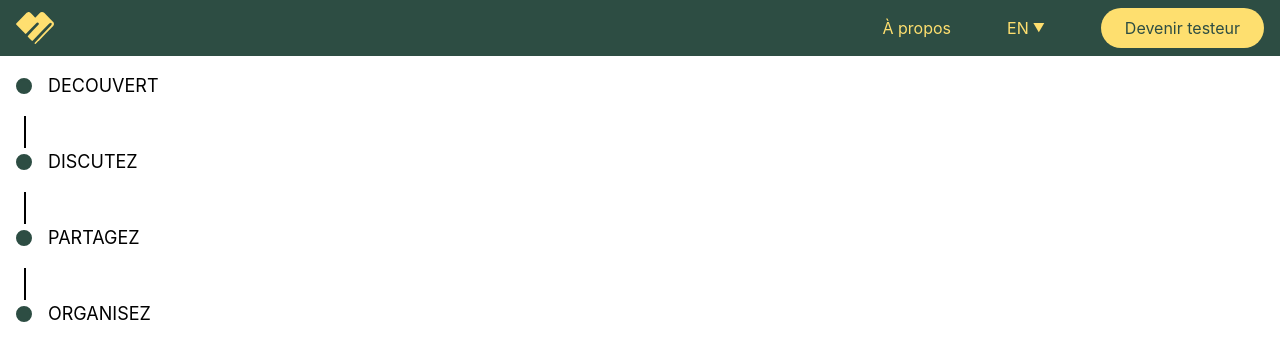
Repository: enas-elm/bookish-landing
Page: /
The author's editor kept a copy of each file at every save. The page is drawn from the files as they stood at one save, then again after a run of saves.
The browser window is 1280 px wide. The pictures show the whole page.
The project was rebuilt for these pictures with package versions that can differ from the ones it lists, and the page was loaded fresh each time.

Above is the page before, as saved 2024-09-11 15:57:15.

### src/index.css
@tailwind base;
@tailwind components;
@tailwind utilities;

body {
  margin: 0;
  font-family: -apple-system, BlinkMacSystemFont, 'Segoe UI', 'Roboto', 'Oxygen',
    'Ubuntu', 'Cantarell', 'Fira Sans', 'Droid Sans', 'Helvetica Neue',
    sans-serif;
  -webkit-font-smoothing: antialiased;
  -moz-osx-font-smoothing: grayscale;
}

code {
  font-family: source-code-pro, Menlo, Monaco, Consolas, 'Courier New',
    monospace;
}

@layer base {
  @font-face {
      font-family: 'DM Sans Italic';
      src: url('../public/font/DMSans-VariableFont_opsz,wght.ttf') format('truetype');
      font-weight: 100 900;
       font-style: italic;
  }
  @font-face {
        font-family: "Passion One";
        src: url('../public/font/PassionOne-Regular.ttf') format('truetype');
        font-weight: normal;
        font-style: normal;
    }
    @font-face {
            font-family: "DM Display";
            src: url('../public/font/DMSerifDisplay-Regular.ttf') format('truetype');
            font-weight: normal;
            font-style: normal;
        }
    @font-face {
                font-family: "Inter";
                src: url('../public/font/Inter-VariableFont_opsz,wght.ttf') format('truetype');
                font-weight: 700;
            }
}

### src/App.js
import logo from "./logo.svg";
import "./App.css";
import Navbar from "./components/Navbar";
import "./index.css";
import TimeLine from "./components/TimeLine";

function App() {
  return (
    <div className="App">
      <header className="header">
        <Navbar />
      </header>
      <TimeLine />
    </div>
  );
}

export default App;

### src/components/Navbar.js
import React, { useState, useRef, useEffect } from 'react'

const Navbar = () => {
  const [language, setLanguage] = useState('EN')
  const [dropdownOpen, setDropdownOpen] = useState(false)
  const dropdownRef = useRef(null)

  const toggleDropdown = () => {
    setDropdownOpen(!dropdownOpen)
  };

  const selectLanguage = (lang) => {
    setLanguage(lang)
    setDropdownOpen(false)
  };

  useEffect(() => {
    const handleClickOutside = (event) => {
      if (dropdownRef.current && !dropdownRef.current.contains(event.target)) {
        setDropdownOpen(false)
      }
    };
    document.addEventListener('mousedown', handleClickOutside)
    return () => {
      document.removeEventListener('mousedown', handleClickOutside)
    };
  }, [])

  return (
    <nav className="w-full bg-green px-4 py-2 flex justify-between items-center">
      <div className="flex-shrink-0">
        <img src="/Vector-jaune.svg" alt="Bookish" className="h-8" />
      </div>

      <div className="flex items-center gap-5 justify-end space-x-6">
        <a href="/about" className="hover:underline text-yellow">
          À propos
        </a>
        <div className="relative" ref={dropdownRef}>
          <button
            className="bg-transparent text-yellow px-3 py-1 focus:outline-none flex items-center gap-1"
            onClick={toggleDropdown}
          >
            {language} <span className="text-xs">▼</span>
          </button>

          {dropdownOpen && (
            <div className="absolute right-0 mt-2 py-2 w-32 bg-white text-black rounded-md shadow-lg z-10">
              <button
                className={`block w-full text-left px-4 py-2 hover:bg-gris ${language === 'EN' ? 'bg-gris' : ''}`}
                onClick={() => selectLanguage('EN')}
              >
                EN
              </button>
              <button
                className={`block w-full text-left px-4 py-2 hover:bg-gris ${language === 'FR' ? 'bg-gris' : ''}`}
                onClick={() => selectLanguage('FR')}
              >
                FR
              </button>
            </div>
          )}
        </div>

        <button className="bg-yellow text-green px-6 py-2 rounded-full hover:bg-yellow-500 hover:scale-105 hover:shadow-lg transition transform duration-300 ease-in-out">
          Devenir testeur
        </button>
      </div>
    </nav>
  )
}

export default Navbar

### src/components/TimeLine.js
import React, { useState } from "react";

const menuItems = [
  { id: 1, label: "DECOUVERT" },
  { id: 2, label: "DISCUTEZ" },
  { id: 3, label: "PARTAGEZ" },
  { id: 4, label: "ORGANISEZ" },
];

function TimelineMenu() {
  const [selectedItem, setSelectedItem] = useState(null);

  const handleClick = (id) => {
    setSelectedItem(id);
  };

  return (
    <div className="flex flex-col items-start p-4">
      {menuItems.map((item, index) => (
        <div key={item.id} className="flex flex-col items-start">
          {/* Timeline Item */}
          <div
            onClick={() => handleClick(item.id)}
            className={`flex items-center cursor-pointer transition-colors mb-4 ${
              selectedItem === item.id ? "text-green text-5xl" : "text-gray-700"
            }`}
          >
            <div
              className={`w-4 h-4 rounded-full bg-green border-green border-2 mr-4 transition-colors ${
                selectedItem === item.id
                  ? "border-blue-500 bg-blue-500"
                  : "border-gray-400 w-4 h-4"
              }`}
            ></div>
            <span className="text-lg">{item.label}</span>
          </div>
          {/* Vertical Line */}
          {index < menuItems.length - 1 && (
            <div
              className={`h-8 border-l-2 ml-2 transition-colors ${
                selectedItem === item.id ? "border-blue-500" : "border-gray-400"
              }`}
            ></div>
          )}
        </div>
      ))}
    </div>
  );
}

export default TimelineMenu;

### tailwind.config.js
/** @type {import('tailwindcss').Config} */
module.exports = {
  content: ["./src/**/*.{js,jsx,ts,tsx}"],
  theme: {
    colors: {
      green: "#2D4D43",
      greenlight: "#8EBDAF",
      white: "#FAFAFA",
      beige: "#D8CCB5",
      black: "#131313",
      gris: "#E4E0DE",
      "gris-foncé": "#1B1E28",
      yellow: "#FEDF6F",
    },
    fontFamily: {
      "dm-sans-italic": ['"DM Sans Italic"', "sans-serif"],
      "passion-one": ["PassionOne-Regular"],
      "dm-display": ["DMSerifDisplay-Regular"],
      inter: ["Inter"],
    },
    extend: {},
  },
  plugins: [],
};

Loaded but not shown: public/index.html (common file); src/index.js (common file); src/reportWebVitals.js (common file); src/App.css (common file)

After the next 2 saves:
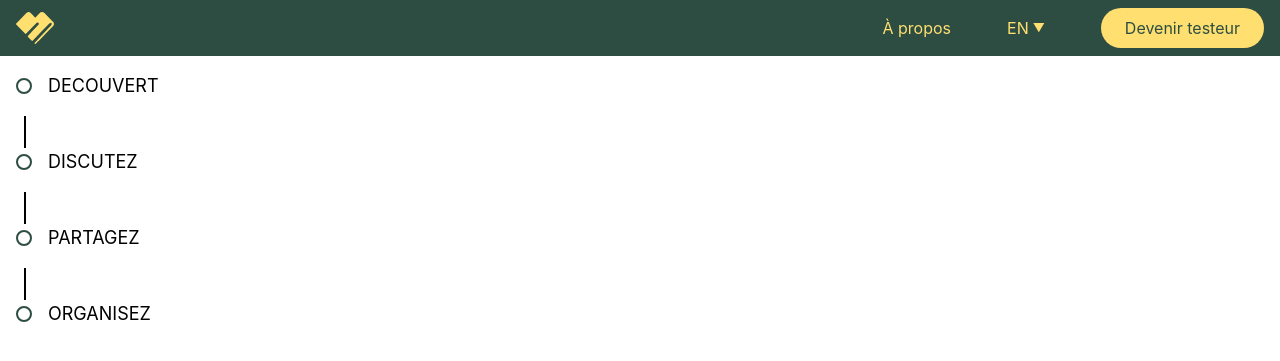
The 2 saves are shown as one change because they came seconds apart.
The last was saved 27 s later.
--- a/src/components/TimeLine.js
+++ b/src/components/TimeLine.js
@@ -26,7 +26,7 @@ function TimelineMenu() {
             }`}
           >
             <div
-              className={`w-4 h-4 rounded-full bg-green border-green border-2 mr-4 transition-colors ${
+              className={`w-4 h-4 rounded-full bg-grey border-green border-2 mr-4 transition-colors ${
                 selectedItem === item.id
                   ? "border-blue-500 bg-blue-500"
                   : "border-gray-400 w-4 h-4"
